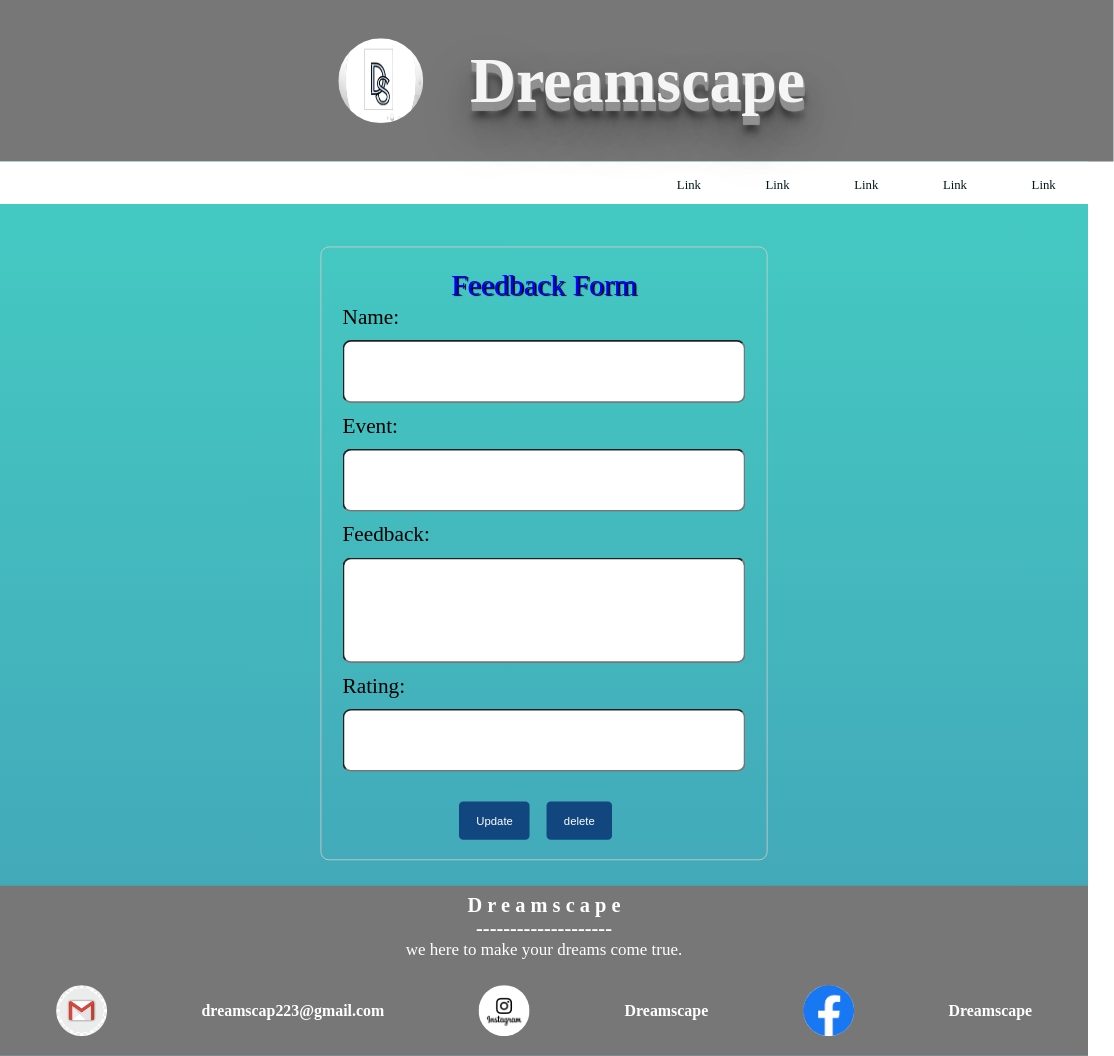
Repository: Dulankayapa/2ndyearoopprojrct
Page: http://localhost/feedback/Success.jsp
An editor plug-in stored every save of this project. The page is shown before and after the next save, followed by the edit.
The browser window is 1280 px wide. The page is 1310 px wide, so the pictures cover 1310 px, including what lies to the right of the window. The pictures show the whole page, at 85% of full size.
The page is served by Tomcat 9. Nobody is signed in. The application's start-up code is not run. Other server files are loaded and not shown.

Above is the page before, as saved 2023-10-21 17:04:11.

### feedback/src/main/webapp/Success.jsp
<%@ page language="java" contentType="text/html; charset=ISO-8859-1"
	pageEncoding="ISO-8859-1"%>
<!DOCTYPE html>
<html>
<head>
<title>Feedback Form</title>
<style>
* {
	margin: 0;
	padding: 0;
}

body {
	font-family: "Times New Roman", serif;
	background-image: linear-gradient(to bottom, #45d3c5, rgb(66, 161, 183));
	background-repeat: no-repeat;
	background-size: cover;
	width: 100vw;
}

/*header*/
.header {
	padding: 10px 15px;
	width: 100%;
	font-size: 50px;
	height: 170px;
	justify-content: center;
	background-color: #777;
	display: flex;
	align-items: center;
	color: #f5f5f5;
	text-shadow: 1px 1px 1px #919191, 1px 2px 1px #919191, 1px 3px 1px
		#919191, 1px 4px 1px #919191, 1px 5px 1px #919191, 1px 6px 1px #919191,
		1px 7px 1px #919191, 1px 8px 1px #919191, 1px 9px 1px #919191, 1px
		10px 1px #919191, 1px 18px 6px rgba(16, 16, 16, 0.4), 1px 22px 10px
		rgba(16, 16, 16, 0.2), 1px 25px 35px rgba(16, 16, 16, 0.2), 1px 30px
		60px rgba(16, 16, 16, 0.4);
	display: flex;
	align-items: center;
}

.imge {
	padding: 5px 5px;
	border-radius: 50%;
	margin-left: 30px;
	margin-right: 50px;
}

/* navigation bar */
.topnav {
	overflow: hidden;
	background-color: white;
	height: 50px;
	list-style-type: none;
	margin: 0px;
	width: 100%;
}
/*  topnav links style */
.topnav a {
	float: right;
	display: block;
	color: #011719;
	text-align: center;
	text-decoration: none;
	padding: 14px 18px;
	margin: 5px 20px;
	font-size: 15px;
}

/* Change color on hover */
.topnav a:hover {
	background-color: #072326;
	color: white;
}

/* topic styel*/
h1 {
	font-family: Times New Roman;
	font-weight: bolder;
	font-size: 45px;
	padding-top: 50px;
	padding-left: 30px;
	margin-left: 20px;
	text-align: left;
	text-transform: capitalize;
	color: #f5f5f5;
	text-align: left;
}

.maincon {
	display: flex;
	justify-content: center;
}

.container {
	max-width: 500px;
	margin-top: 50px;
	padding: 25px;
	border: 1px solid #ccc;
	border-radius: 10px;
	font-size: 25px;
	height: 670px;
}

label, input, textarea {
	display: flex;
	margin-bottom: 10px;
	width: 450px;
	padding-top: 3px;
	border-radius: 10px;
}

input {
	height: 50px;
	padding: 10px;
}

input {
	padding: 10px;
}

label {
	padding-bottom: 3px;
}

button {
	background-color: #12467e;
	color: #ffffff;
	border: none;
	padding: 15px 20px;
	border-radius: 5px;
	cursor: default;
	text-align: center !important;
	margin-top: 25px;
}

button:hover {
	background-color: #0d2f5a;
}

button a {
	color: white;
}

/* Style the footer */
footer {
	height: 170px;
	padding: 10px;
	text-align: center;
	color: white;
	background-color: #777;
	margin-top: 30px;
	padding-top: 10px;
	padding-bottom: 20px;
}

footer img {
	border-radius: 50%;
}

footer p {
	font-size: 20px;
	margin-bottom: 30px;
}

.footcon {
	display: flex;
	align-items: center;
	justify-content: space-around;
	justify-items: center;
}

.imgbox {
	display: flex;
	flex-direction: column;
	justify-items: center;
}
</style>
</head>
<body>

	<div class="header">
		<img class="imge" src="logo1.png" width="100px" height="100px">
		<h2>Dreamscape</h2>
	</div>
	<div class="topnav">
		<a href="#">Link</a> <a href="#">Link</a> <a href="#">Link</a> <a
			href="#">Link</a> <a href="#">Link</a>
	</div>

	<div class="maincon">
		<div class="container">

			<p
				style="text-align: center; color: blue; font-size: 35px; text-shadow: 2px 1px 1px #060606">Feedback
				Form</p>

			<form action="#" method="post">

                 <c:set var="id" value="${id}" />
				<c:set var="name" value="${name}" />
				<c:set var="event" value="${event}" />
				<c:set var="feedback" value="${feedback}" />
				<c:set var="rating" value="${rating}" />

				<!-- update inserted data -->
				<c:url value="updatefb.jsp" var="updatefb">

                     <c:param name="id" value="${id}" />
					<c:param name="name" value="${name}" />
					<c:param name="event" value="${event}" />
					<c:param name="feedback" value="${feedback}" />
					<c:param name="rating" value="${rating }" />

				</c:url>

				<!-- Delete inserted data -->
				<c:url value="fbdelete.jsp" var="fbdelete">
					<c:param name="name" value="${name}" />
					<c:param name="event" value="${event}" />
					<c:param name="feedback" value="${feedback}" />
					<c:param name="rating" value="${rating }" />

				</c:url>



				<label for="name">Name:</label> <input type="text" readonly id="name"
					name="name" value="${name }" /> <label for="event">Event:</label>
				<input type="text" readonly id="event" name="event" value="${event }" /> <label
					for="message">Feedback:</label> <input type="text" readonly
					style="height: 100px;" name="feedback" value="${feedback }">

				<label for="rating">Rating:</label> <input type="text" readonly id="rating"
					name="rating" value="${rating }" />


				<div style="display: flex; justify-content: center;">
					<a href="${updatefb}">
						<button type="button" style="margin-right: 20px">Update</button>
					</a> <a href="${fbdelete}">
						<button type="button" style="margin-right: 20px">delete</button>
					</a>
				</div>
			</form>
		</div>
	</div>


	<div>
		<footer>
			<h2>
				D r e a m s c a p e <br />--------------------
			</h2>

			<p>we here to make your dreams come true.</p>
			<div class="footcon">
				<img class="image" src="mail.jpg" width="60px" height="60px" />
				<h3>dreamscap223@gmail.com</h3>
				<img class="image" src="inster.jpg" width="60px" height="60px" />
				<h3>Dreamscape</h3>
				<img class="image" src="fb.png" width="60px" height="60px" />
				<h3>Dreamscape</h3>
			</div>
		</footer>

	</div>
</body>
</html>

After the next save:
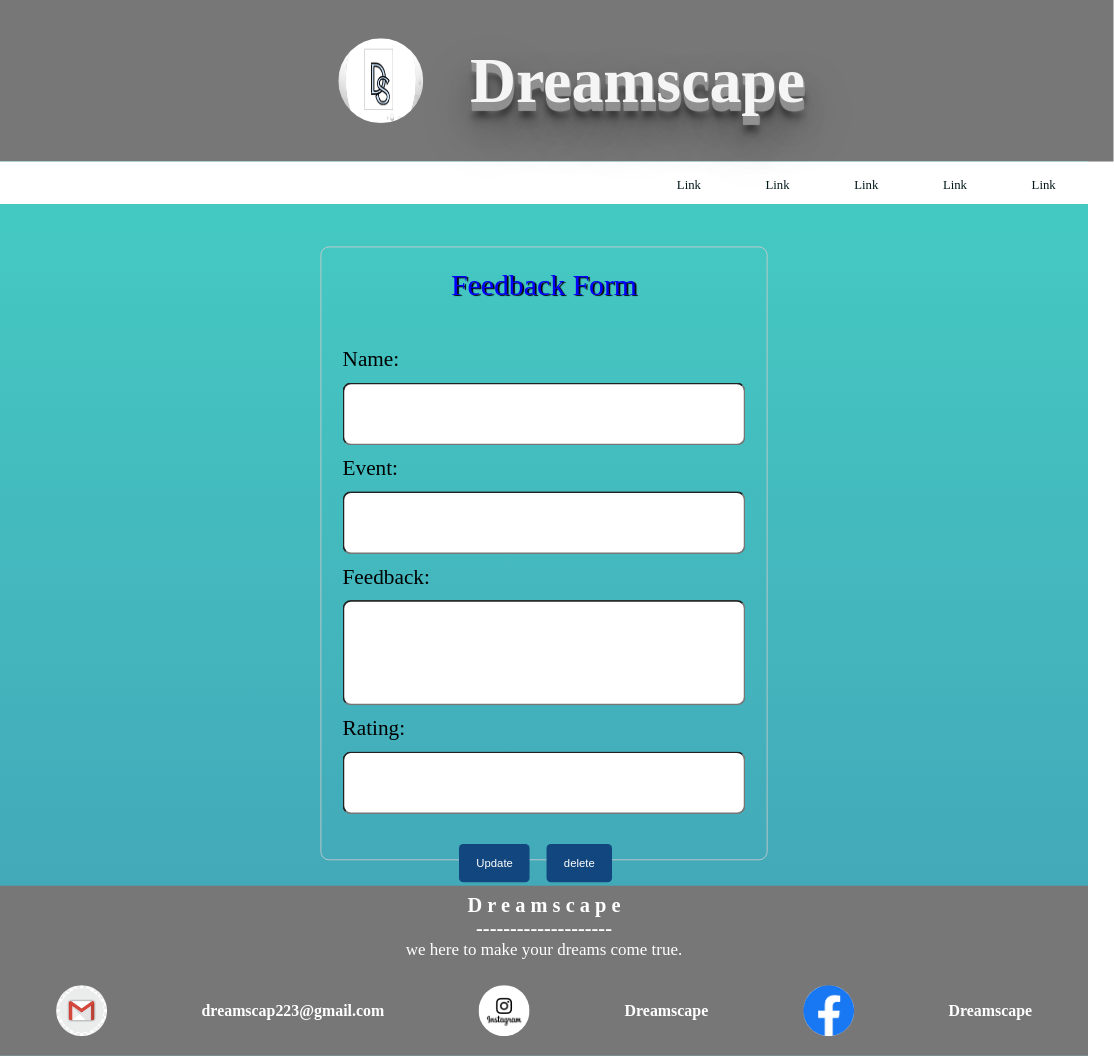
Saved 5 min 53 s later.
--- a/feedback/src/main/webapp/Success.jsp
+++ b/feedback/src/main/webapp/Success.jsp
@@ -223,7 +223,7 @@
 
 				</c:url>
 
-
+<h1>${updatefb}</h1>
 
 				<label for="name">Name:</label> <input type="text" readonly id="name"
 					name="name" value="${name }" /> <label for="event">Event:</label>

After the save that followed:
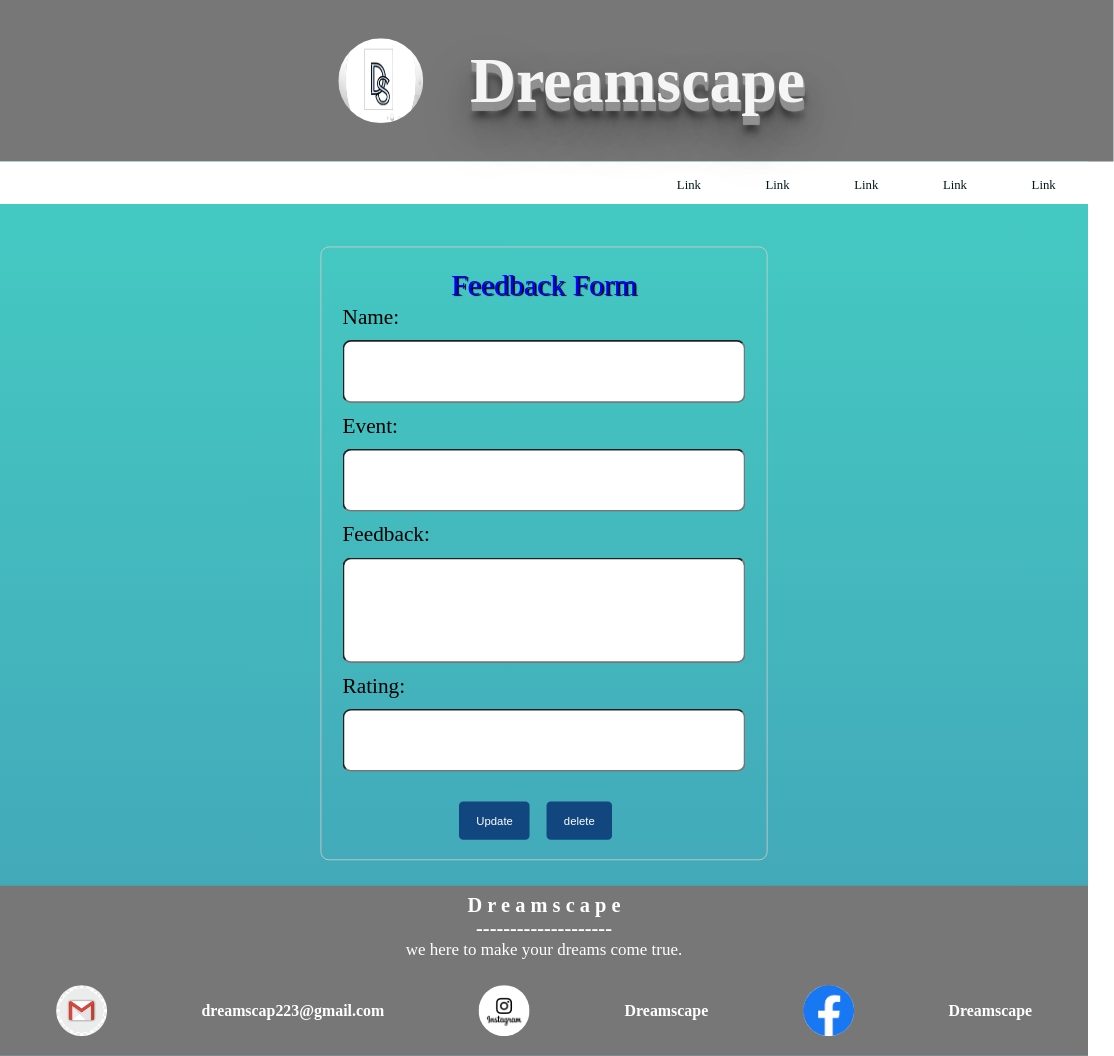
Saved 52 s later.
--- a/feedback/src/main/webapp/Success.jsp
+++ b/feedback/src/main/webapp/Success.jsp
@@ -223,7 +223,7 @@
 
 				</c:url>
 
-<h1>${updatefb}</h1>
+
 
 				<label for="name">Name:</label> <input type="text" readonly id="name"
 					name="name" value="${name }" /> <label for="event">Event:</label>
